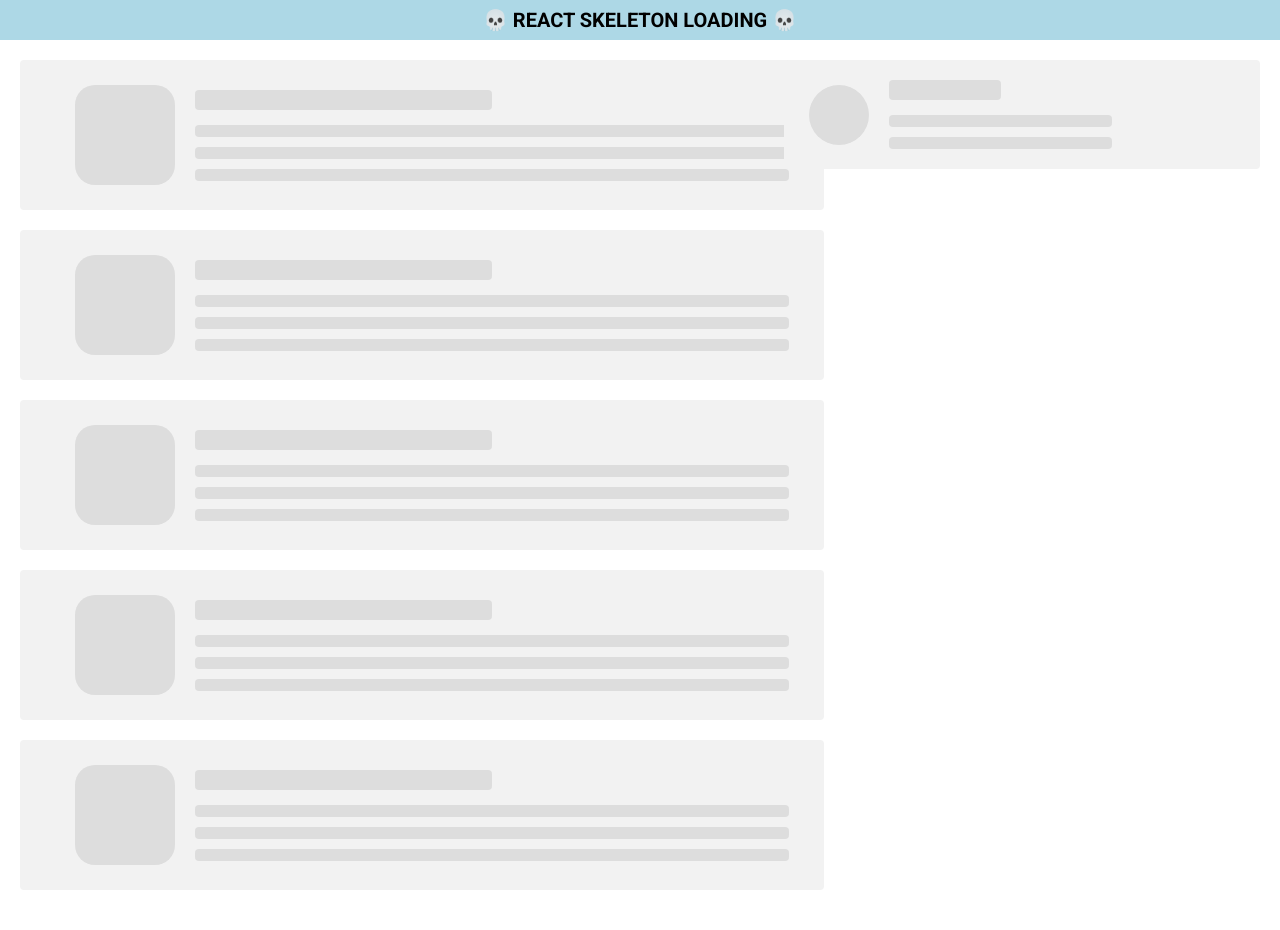
Repository: ethanJones21/React-Skeleton-Loading
Page: /
The author's editor kept a copy of each file at every save. The page is drawn from the files as they stood at one save, then again after the next save.
The browser window is 1280 px wide. The pictures show the whole page.
The page's requests for data from a server got no answer. The project was rebuilt for these pictures with package versions that can differ from the ones it lists, and the page was loaded fresh each time. No one was signed in, and anything a server would have sent is missing. Also part of the build but not shown: src/components/Post.css, src/components/Post.js.

Above is the page before, as saved 2020-11-26 03:34:22.

After the next save:
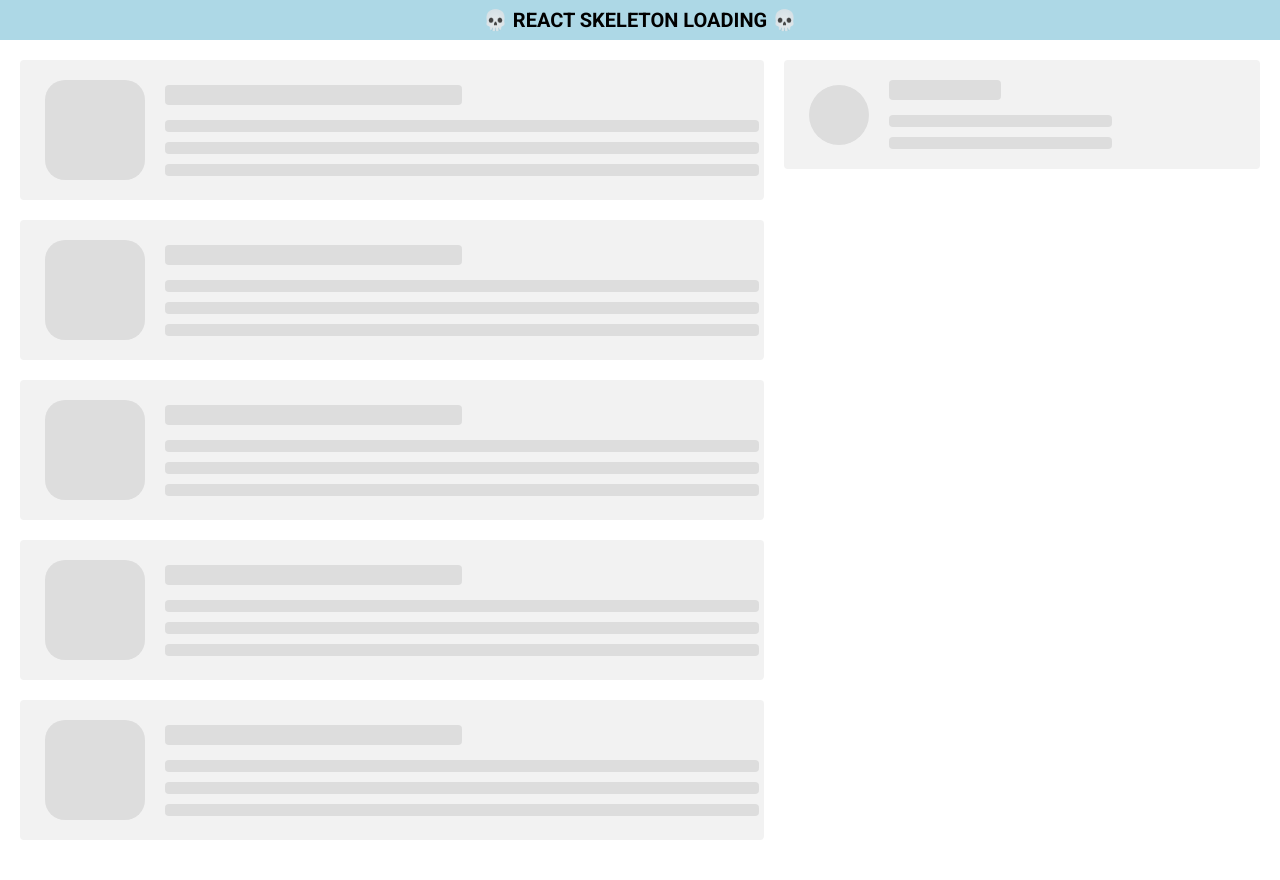
Saved 7 s later.
--- a/src/skeleton/PostSkeleton.css
+++ b/src/skeleton/PostSkeleton.css
@@ -3,7 +3,7 @@
   align-items: center;
   width: 100%;
   background: #f2f2f2;
-  padding: 15px 45px;
+  padding: 10px 15px;
   border-radius: 4px;
   position: relative;
   overflow: hidden;
